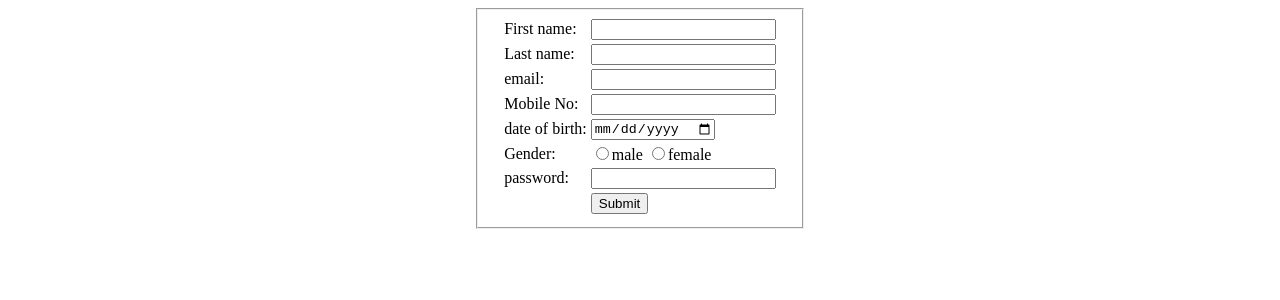
Repository: Hanish2/Springboot
Page: http://localhost/digi-page/pages/userRegister.jsp
These files come from the project's save history. The page is drawn as it stood at one moment and after the next save; the edit follows.
The browser window is 1280 px wide. The pictures show the whole page.
The page is served by Tomcat 9.

Above is the page before, as saved 2022-10-19 09:51:22.

After the next save:
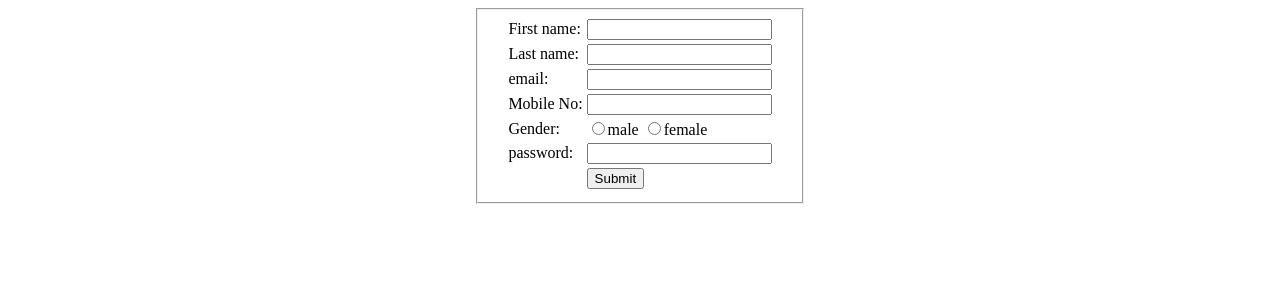
Saved 3 min 49 s later.
--- a/socialmediapage/digi-page/src/main/webapp/pages/userRegister.jsp
+++ b/socialmediapage/digi-page/src/main/webapp/pages/userRegister.jsp
@@ -38,10 +38,10 @@ function check_pass() {
   <td>Mobile No:</td>
   <td> <input type="number" id="mobile" name="mobile"></td>
   </tr>
-  <tr>
+ <!-- <tr>
   <td>date of birth:</td>
   <td><input type="date" id="date" name="dateofbirth"></td>
-  </tr>
+  </tr> -->
   <tr>
   <td>Gender:</td>
   <td><input type="radio" id="checkbox" name="gender" value="male">male
